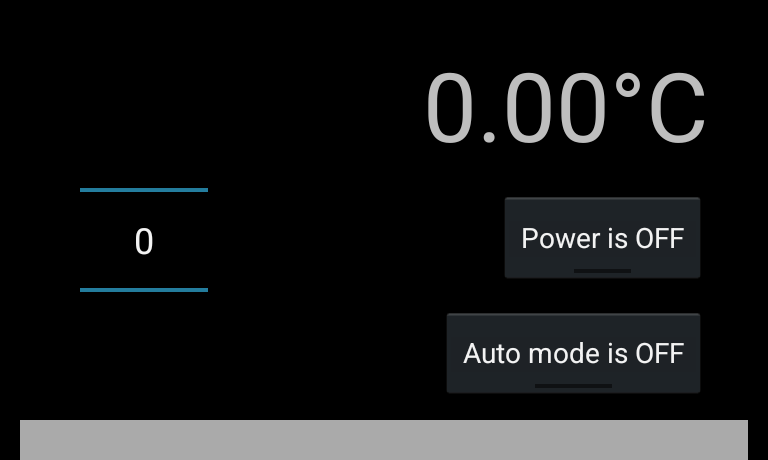
Repository: deanzaka/Embedded-Freezmo
Layout: Embedded-Freezmo/applications/IOIOSimpleApp/res/layout/main.xml
The author's editor kept a copy of each file at every save. The layout is drawn from the files as they stood at one save, then again after the next save.
The pictures show rows 0 to 460 of an output 1280 px tall.
Pictures or frames that could not be fetched are drawn as grey boxes. It is drawn on a 768 x 1280 px phone screen (xhdpi) without system bars, with theme android:Theme.Holo; the app's code is not run.

Above is the layout before, as saved 2014-06-11 23:41:14.

### Embedded-Freezmo/applications/IOIOSimpleApp/res/layout/main.xml
<?xml version="1.0" encoding="utf-8"?>
<LinearLayout xmlns:android="http://schemas.android.com/apk/res/android"
    android:orientation="vertical"
    android:layout_width="fill_parent"
    android:layout_height="fill_parent">

    <LinearLayout
        android:layout_width="fill_parent"
        android:layout_height="200dp"
        android:orientation="vertical" >

        <LinearLayout
            android:layout_width="fill_parent"
            android:layout_height="fill_parent" >

            <NumberPicker
			    android:id="@+id/userTemp"
			    android:layout_width="wrap_content"
			    android:layout_height="wrap_content"
			    android:layout_marginTop="40dp"
			    android:layout_marginLeft="40dp"/>

            <LinearLayout
                android:layout_width="fill_parent"
                android:layout_height="fill_parent"
                android:layout_marginTop="20dp"
                android:layout_marginRight="30dp"
                android:orientation="vertical" >

                <RelativeLayout
                    android:layout_width="fill_parent"
                    android:layout_height="wrap_content" >

                    <TextView
					    android:id="@+id/Celcius"
					    android:layout_width="wrap_content"
					    android:layout_height="wrap_content"
					    android:layout_alignParentRight="true"
					    android:text="°C"
					    android:textSize="48sp" />

                    <TextView
					    android:id="@+id/Value"
					    android:layout_width="wrap_content"
					    android:layout_height="wrap_content"
					    android:layout_toLeftOf="@id/Celcius"
					    android:text="0.00"
					    android:textSize="48sp" />



                </RelativeLayout>

				<ToggleButton
					android:id="@+id/ToggleOn"
					android:layout_width="wrap_content"
					android:layout_height="wrap_content"
					android:layout_marginTop="10dp"
					android:textOff="Power is OFF"
					android:textOn="Power is ON"
					android:layout_gravity="right"
					/>

				<ToggleButton
					android:id="@+id/ToggleAuto"
					android:layout_width="wrap_content"
					android:layout_height="wrap_content"
					android:layout_marginTop="10dp"
					android:textOff="Auto mode is OFF"
					android:textOn="Auto mode is ON"
					android:layout_gravity="right"
					/>
            </LinearLayout>

        </LinearLayout>

    </LinearLayout>

    <LinearLayout
        android:layout_width="fill_parent"
        android:layout_height="fill_parent"
        android:orientation="vertical" >

        <FrameLayout
            android:layout_width="fill_parent"
            android:layout_height="fill_parent"
            android:layout_margin="10dp"
            android:background="@color/gray">

            <ioio.examples.simple.GraphView
		        android:id="@+id/graph"
		        android:layout_width="fill_parent"
		        android:layout_height="fill_parent"
		        android:layout_margin="20dp"
		        android:layout_weight="4" />
        </FrameLayout>

    </LinearLayout>

	</LinearLayout>

### Embedded-Freezmo/applications/IOIOSimpleApp/res/values/strings.xml
<?xml version="1.0" encoding="utf-8"?>
<resources>
    <string name="app_name">Freezmo</string>
    <string name="seekbar_label">Move to control the position:</string>
    <string name="analog_label">Analog reading:</string>

    <color name="white">#FFFFFF</color>
    <color name="gray">#aaaaaa</color>
</resources>

After the next save:
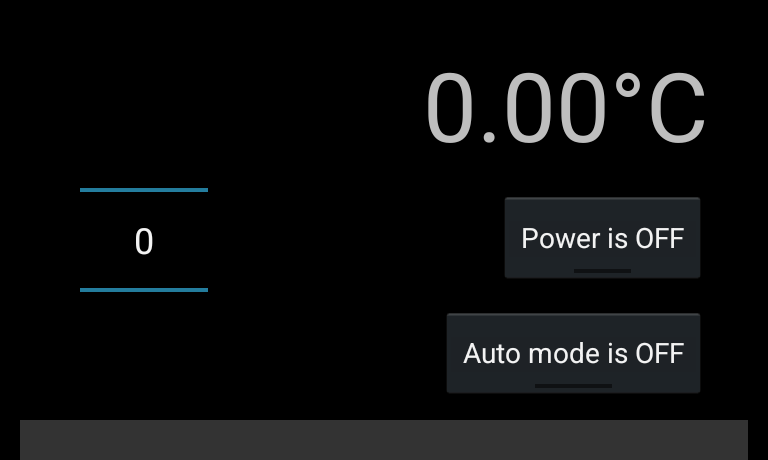
Saved 37 s later.
--- a/Embedded-Freezmo/applications/IOIOSimpleApp/res/values/strings.xml
+++ b/Embedded-Freezmo/applications/IOIOSimpleApp/res/values/strings.xml
@@ -5,5 +5,5 @@
     <string name="analog_label">Analog reading:</string>
 
     <color name="white">#FFFFFF</color>
-    <color name="gray">#aaaaaa</color>
+    <color name="gray">#333333</color>
 </resources>
